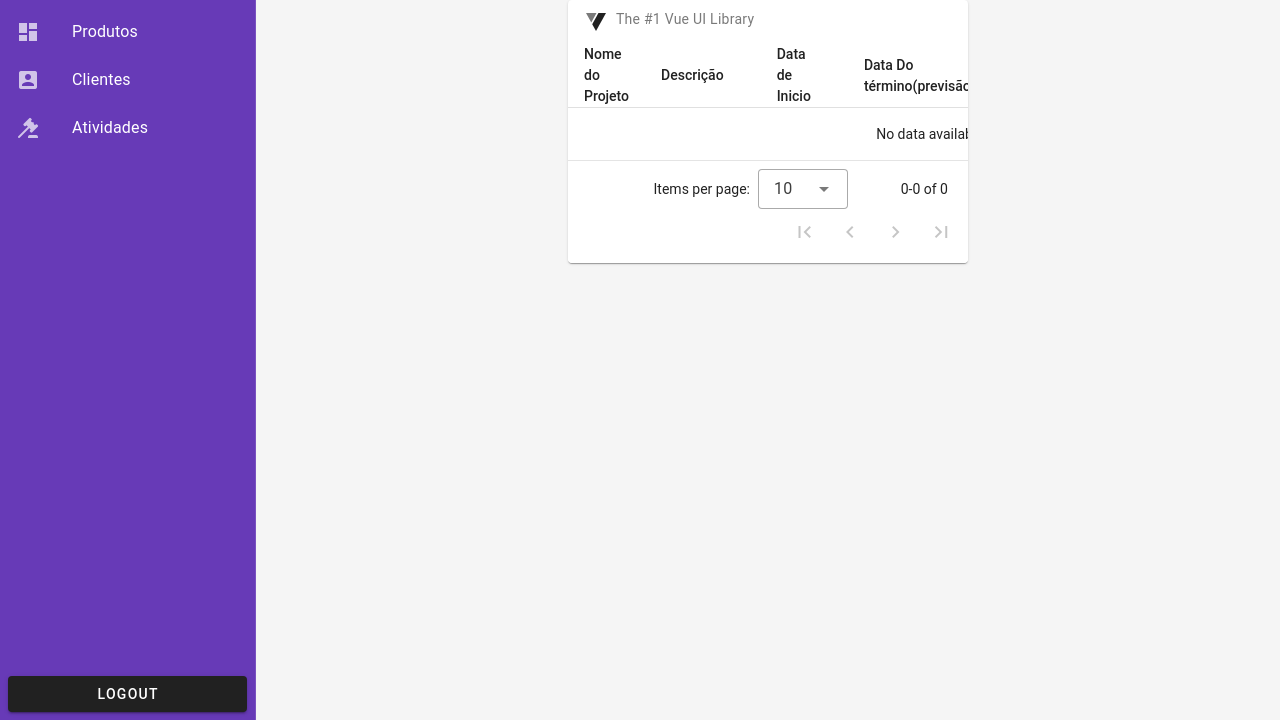
Repository: NtiSilva/Front_AG
Page: /products
These files come from the project's save history. The page is drawn as it stood at one moment and after the next save; the edit follows.
The browser window is 1280 px wide. The pictures show the whole page.
The page's requests for data from a server got no answer. The project was rebuilt for these pictures with package versions that can differ from the ones it lists, and the page was loaded fresh each time. No one was signed in, and anything a server would have sent is missing. Also part of the build but not shown: vite.config.mjs, src/components/Alert.vue, src/components/Atividades/FormActivities.vue, src/components/Atividades/index.vue, src/components/Clientes/FormClient.vue, src/components/Dialog.vue, src/components/DialogRemove.vue, src/components/Clientes/ListClients.vue and 9 more.

Above is the page before, as saved 2024-06-19 20:37:05.

After the next save:
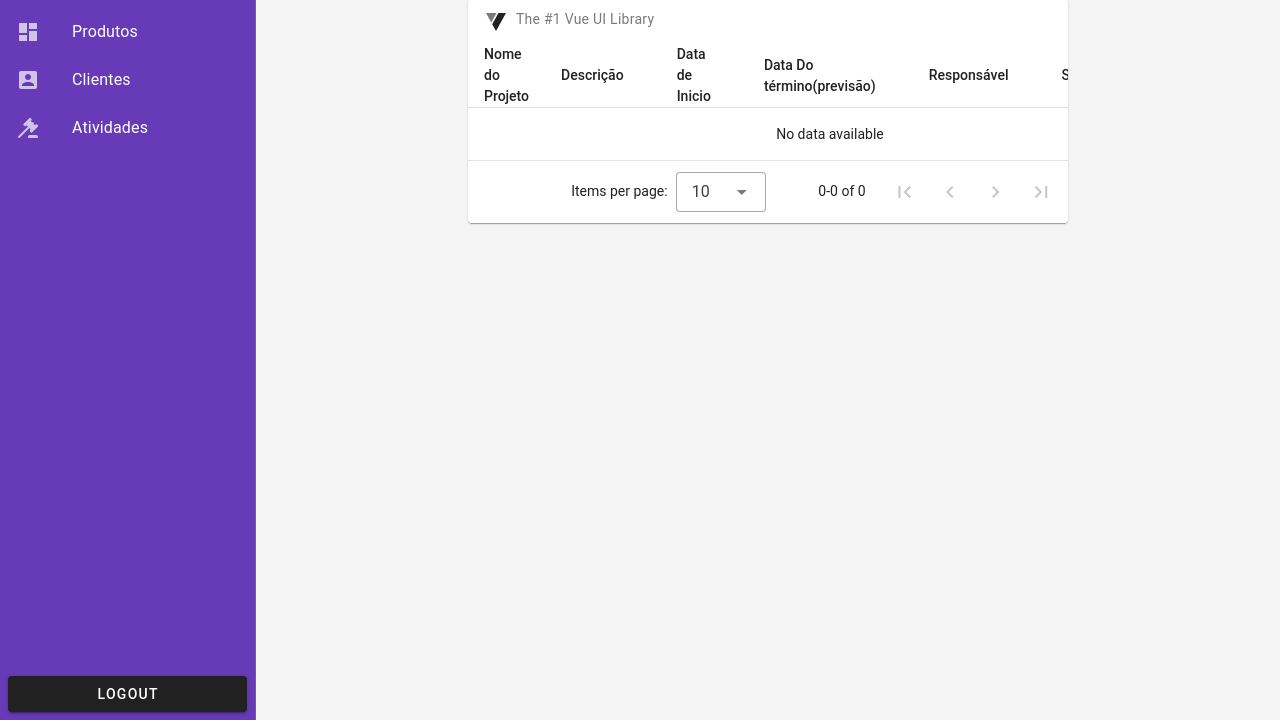
Saved 11 s later.
--- a/src/pages/Products.vue
+++ b/src/pages/Products.vue
@@ -3,7 +3,7 @@
     class="mx-auto"
     prepend-icon="$vuetify"
     subtitle="The #1 Vue UI Library"
-    width="400"
+    width="600"
   >
   <v-data-table
     :headers="headers"
